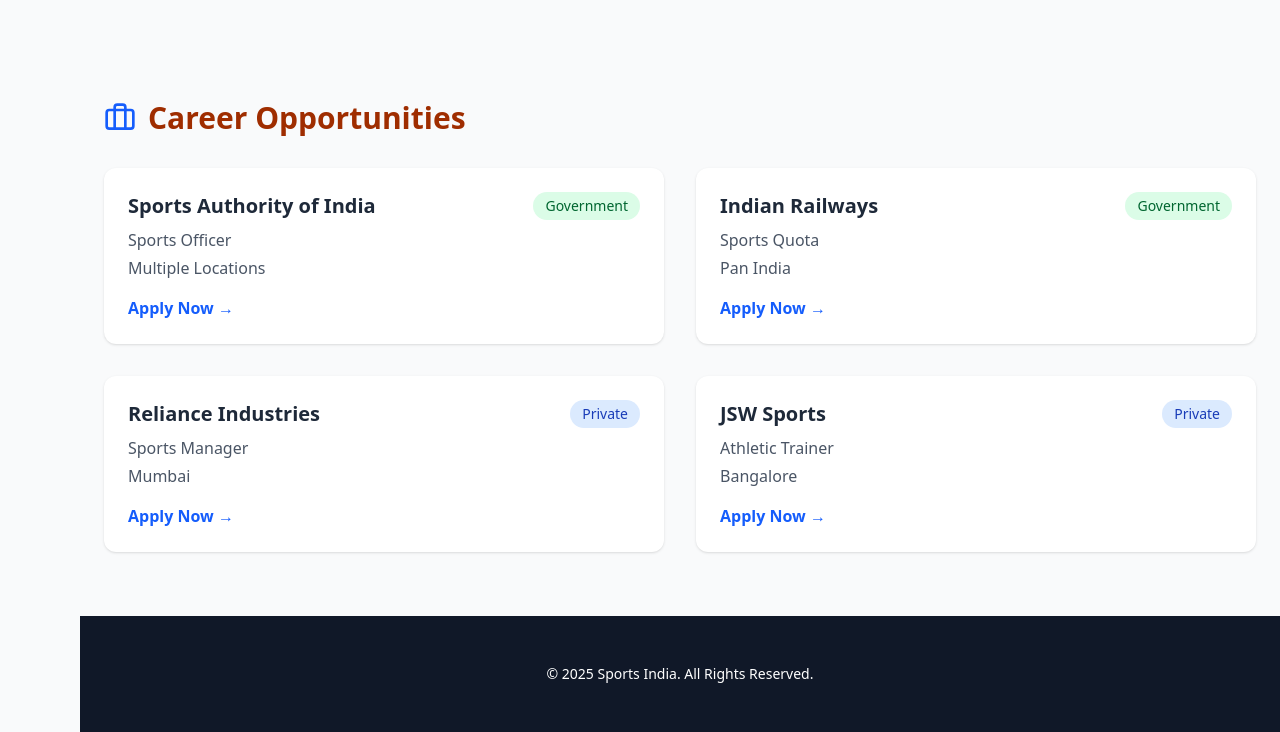
Repository: Shovon0004/Athlete
Page: /medical (app in Athlete/)
An editor plug-in stored every save of this project. The page is shown before and after a run of saves, followed by the edit.
The browser window is 1280 px wide. The pictures show the part of the page from y = 932 to 1884 px (the page is 1664 px tall before and 1884 px after).
The page's requests for data from a server got no answer. The project was rebuilt for these pictures with package versions that can differ from the ones it lists, and the page was loaded fresh each time. No one was signed in, and anything a server would have sent is missing. Also part of the build but not shown: Athlete/vite.config.js.

Above is the page before, as saved 2025-01-26 11:32:15.

After the next 2 saves:
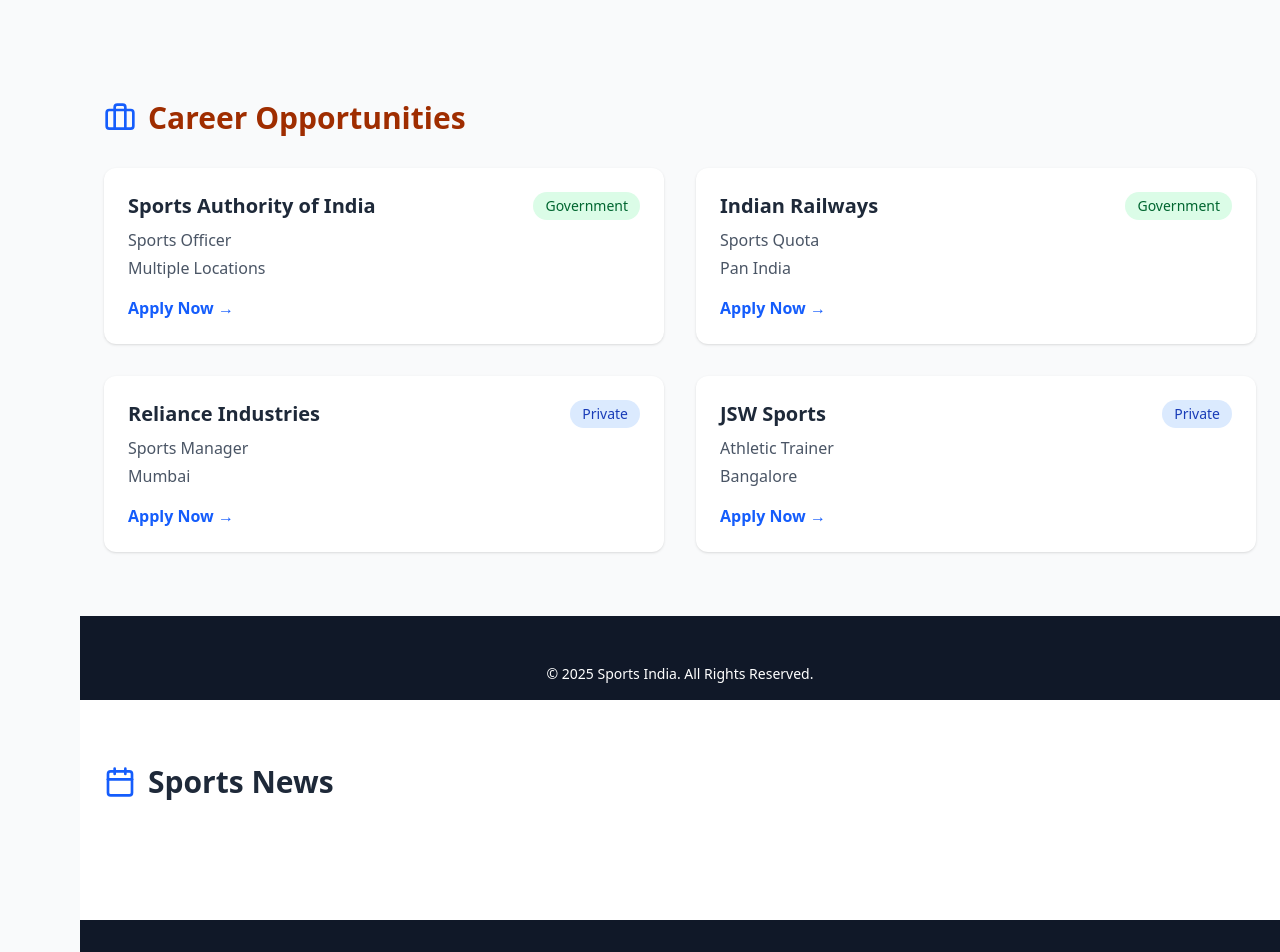
The 2 saves are shown as one change because they came seconds apart.
The last was saved 10 s later.
--- a/Athlete/src/components/HeroPage.jsx
+++ b/Athlete/src/components/HeroPage.jsx
@@ -173,7 +173,8 @@
       {/* Footer Bottom */}
       <div className="bg-gray-900 text-center py-4">
         <p className="text-sm">© 2025 Sports India. All Rights Reserved.</p>
-      </div>
+        </div>
+        <SportsNewsSection />
     </footer>
     </div>
   );
